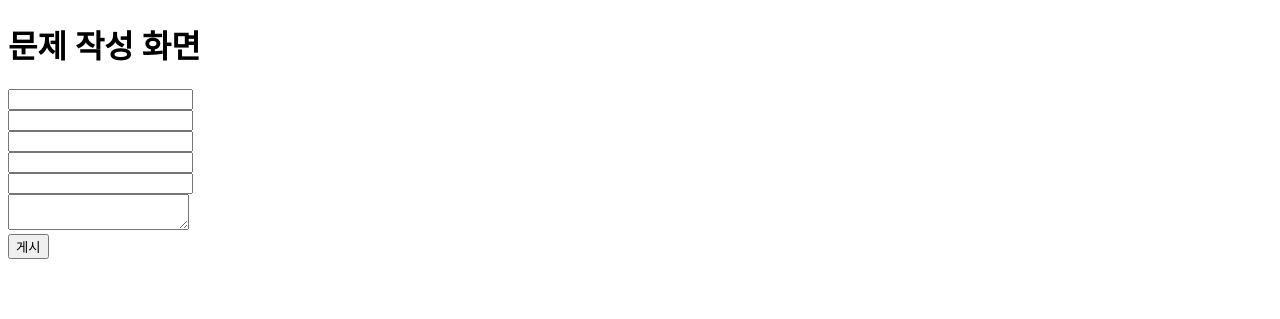
Repository: ryuhm48/Opensource-Project05
Page: http://localhost/Problems/Problems/ProblemWrite.jsp
The author's editor kept a copy of each file at every save. The page is drawn from the files as they stood at one save, then again after the next save.
The browser window is 1280 px wide. The pictures show the whole page.
The page is served by Tomcat 9.

Above is the page before, as saved 2019-06-02 01:22:35.

After the next save:
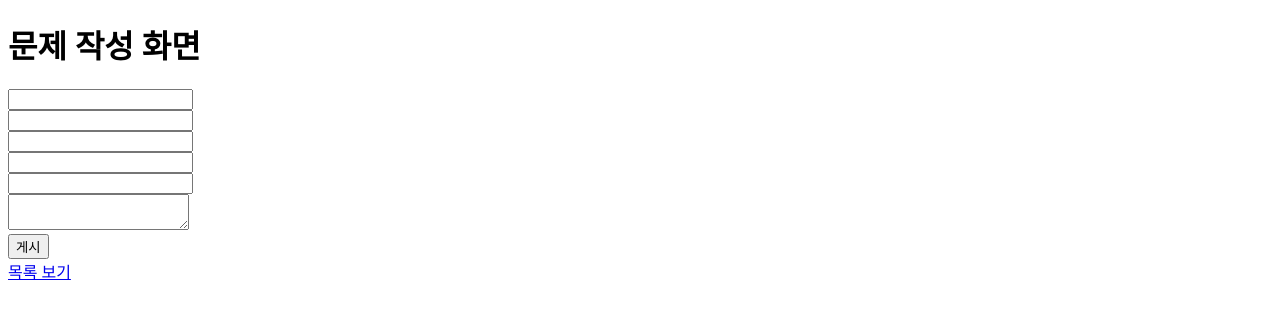
Saved 33 s later.
--- a/문제 풀이 제출 추가/Problems/WebContent/Problems/ProblemWrite.jsp
+++ b/문제 풀이 제출 추가/Problems/WebContent/Problems/ProblemWrite.jsp
@@ -20,7 +20,7 @@ pageEncoding="UTF-8"%>
 		<input type = "submit" value = "게시">
 	</form>
 
-
+	<a href="list.do">목록 보기</a>
 
 </body>
 </html>
